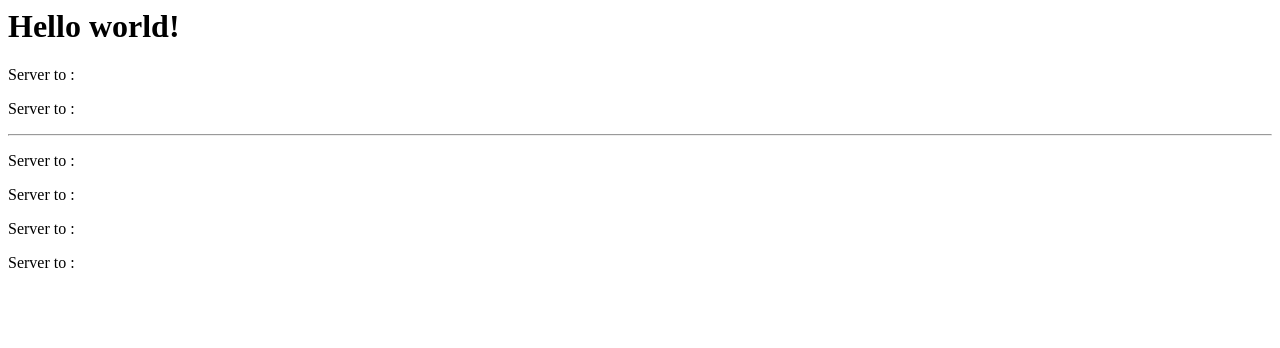
Repository: tjfgk97/sts3
Page: http://localhost/spring-jsp01/WEB-INF/views/home.jsp
The author's editor kept a copy of each file at every save. The page is drawn from the files as they stood at one save, then again after the next save.
The browser window is 1280 px wide. The pictures show the whole page.
The page is served by Tomcat 9. Nobody is signed in. Other server files are loaded and not shown. The template is opened directly, without the code that normally fills it, so the values that code supplies are empty.

Above is the page before, as saved 2024-02-02 04:15:47.

### spring-jsp01/src/main/webapp/WEB-INF/views/home.jsp
<%@ page language="java" contentType="text/html; charset=UTF-8"
	pageEncoding="UTF-8"%>
<%@ taglib uri="http://java.sun.com/jsp/jstl/core" prefix="c" %>
<%@ page session="false" %>
<html>
<head>
	<title>Home</title>
</head>
<body>
<h1>
	Hello world!
</h1>

<p> Server to : ${data} </p>
<p> Server to : ${num} </p>
<hr>
<p> Server to : ${person1.code} </p>
<p> Server to : ${person1.strData} </p>
<p> Server to : ${person1.numData} </p>
<p> Server to : ${person1.dateData} </p>

</body>
</html>

After the next save:
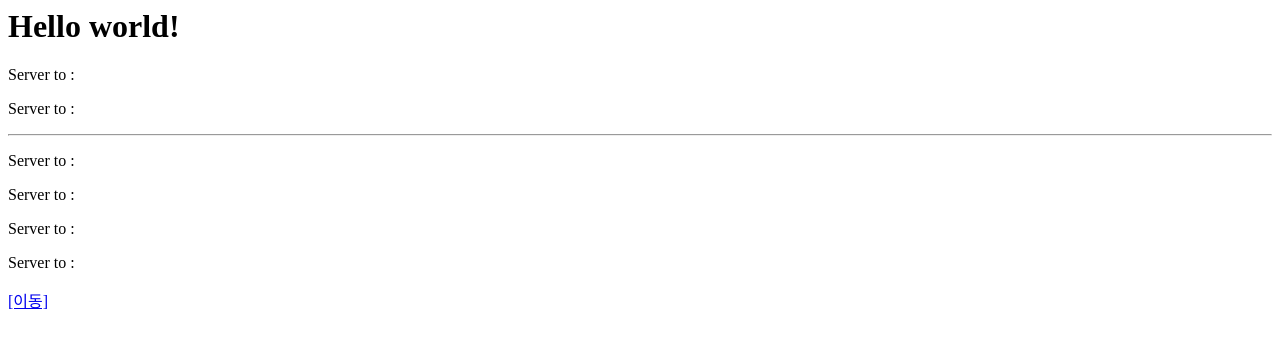
Saved 5 min 6 s later.
--- a/spring-jsp01/src/main/webapp/WEB-INF/views/home.jsp
+++ b/spring-jsp01/src/main/webapp/WEB-INF/views/home.jsp
@@ -19,5 +19,6 @@
 <p> Server to : ${person1.numData} </p>
 <p> Server to : ${person1.dateData} </p>
 
+<a href="mavCase">[이동]</a>
 </body>
 </html>
